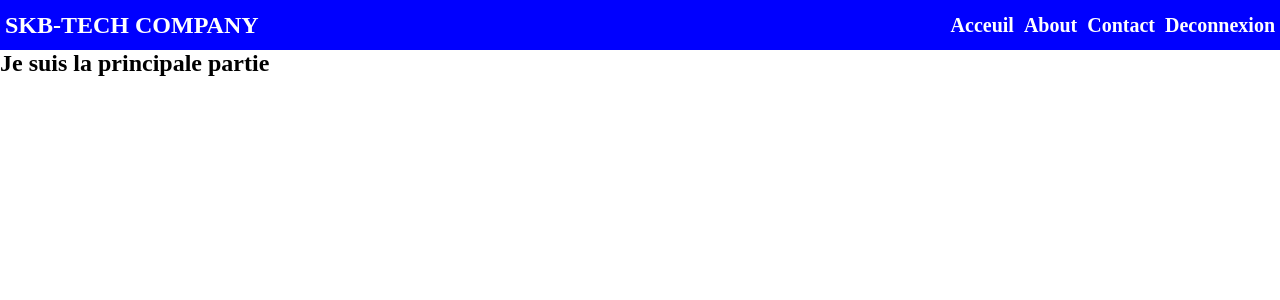
Repository: SKB-TECH/projetExpress
Page: http://localhost/
An editor plug-in stored every save of this project. The page is shown before and after the next save, followed by the edit.
The browser window is 1280 px wide. The pictures show the whole page.
The page is served by the project's Node server (server.js).

Above is the page before, as saved 2022-10-21 15:27:15.

After the next save:
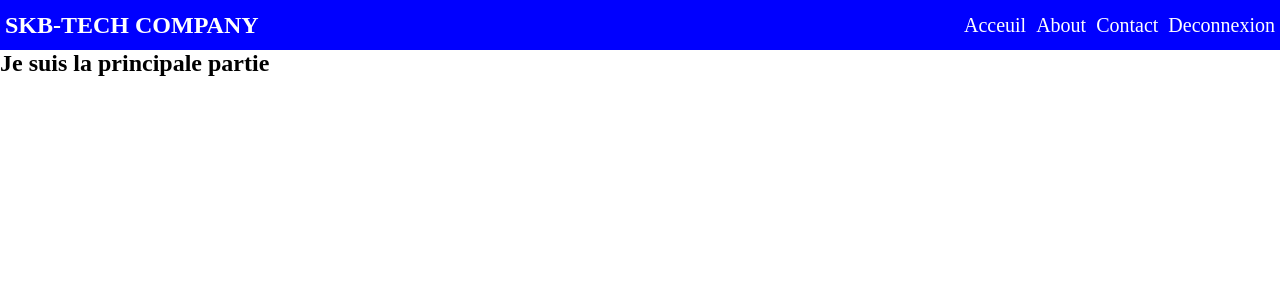
Saved 20 s later.
--- a/assets/css/style.css
+++ b/assets/css/style.css
@@ -32,7 +32,7 @@ ul {
 a {
     text-decoration: none;
     color: #ffffff;
-    font-weight: 600;
+    font-weight: 400;
 }
 
 .titles1 {
